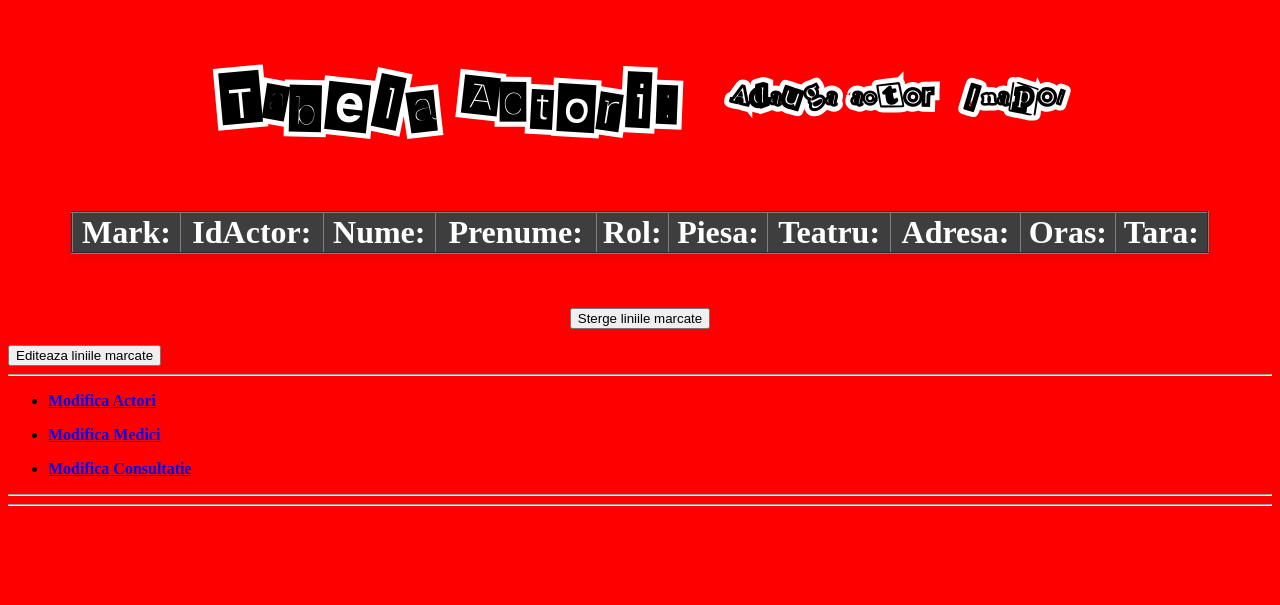
Repository: SusStefan/ActorDB
Page: http://localhost/Actori/tabela_actori.jsp
The author's editor kept a copy of each file at every save. The page is drawn from the files as they stood at one save, then again after the next save.
The browser window is 1280 px wide. The pictures show the whole page.
The page is served by Tomcat 9. Queries for data that is not in the repository find no rows.

Above is the page before, as saved 2025-12-13 00:53:37.
Console error: TypeError: Cannot set properties of null (setting 'innerHTML')

After the next save:
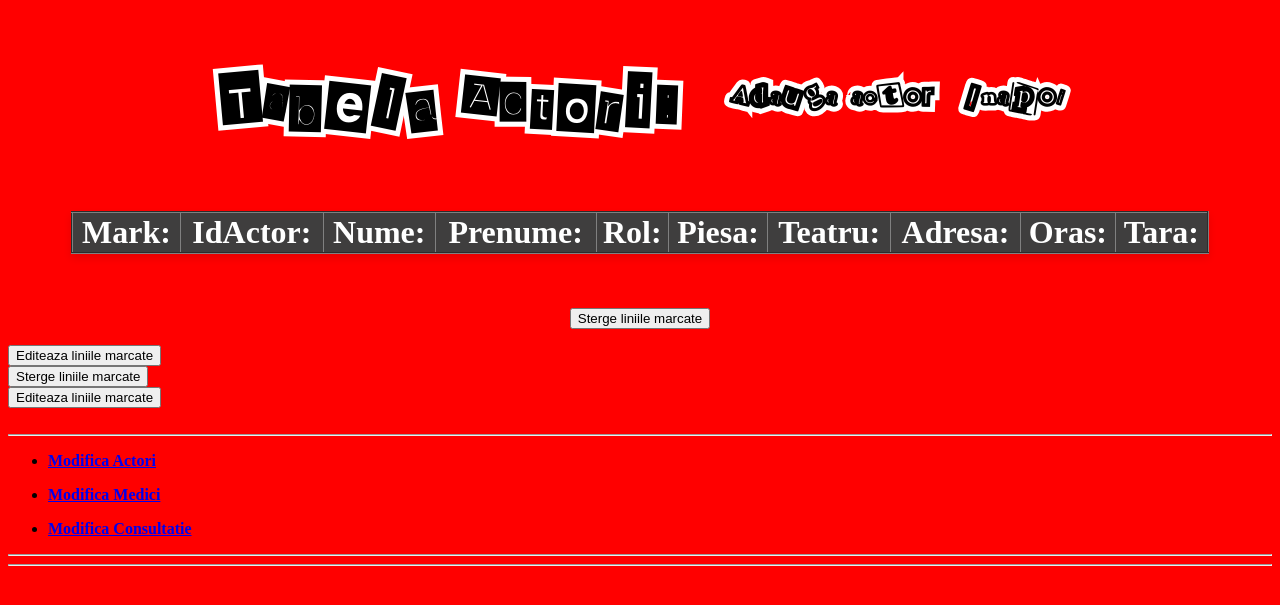
Saved 4 min 21 s later.
--- a/Actori/src/main/webapp/tabela_actori.jsp
+++ b/Actori/src/main/webapp/tabela_actori.jsp
@@ -63,6 +63,19 @@
  </form>
  <input type="submit" value="Editeaza liniile marcate">
  </form>
+
+
+ <form method="post" action="page.php">
+  <input type="submit" name="btnPostMe1" value="Sterge liniile marcate"/>
+</form>
+
+<form method="post" action="page.php">
+  <input type="submit" name="btnPostMe2" value="Editeaza liniile marcate"/>
+</form>
+
+
+
+
  <%
  rs.close();
  jb.disconnect();
